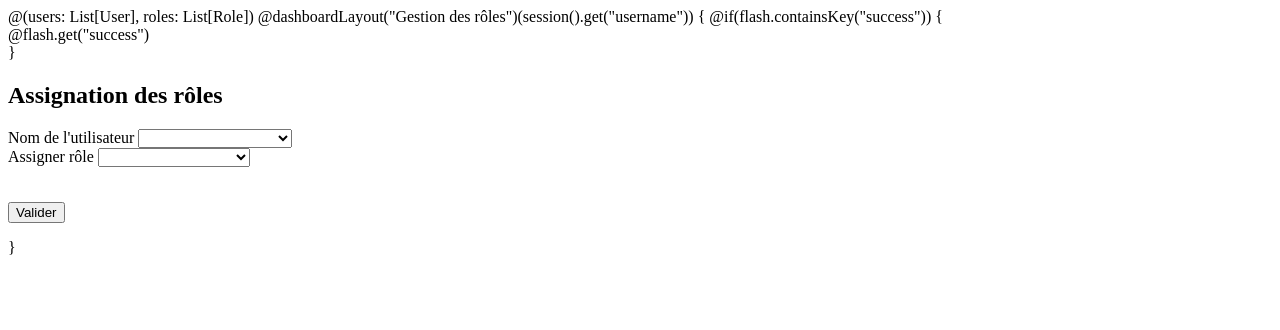
Repository: spirale-software/labo_master
Page: Application/oneDotCom/app/views/manageRole.scala.html
An editor plug-in stored every save of this project. The page is shown before and after the next save, followed by the edit.
The browser window is 1280 px wide. The pictures show the whole page.

Above is the page before, as saved 2017-04-14 22:48:04.

After the next save:
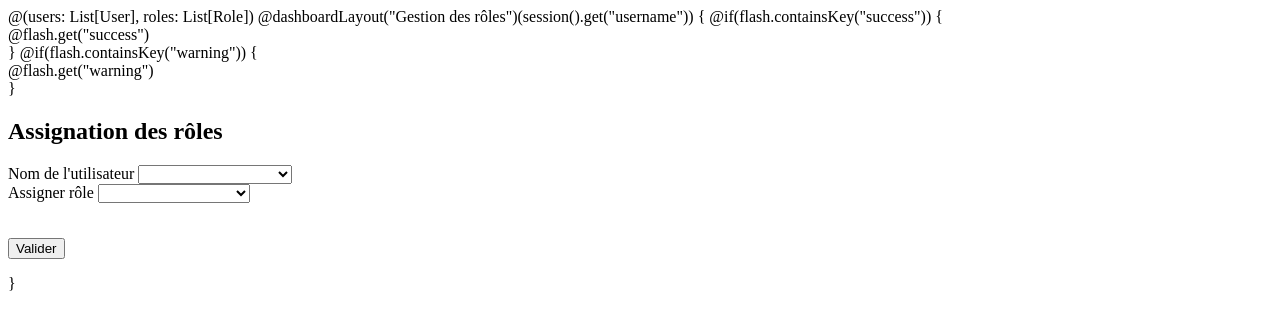
Saved 3 min 14 s later.
--- a/Application/oneDotCom/app/views/manageRole.scala.html
+++ b/Application/oneDotCom/app/views/manageRole.scala.html
@@ -5,6 +5,9 @@
 
 	@if(flash.containsKey("success")) {
 		<div class="alert alert-success" role="alert"> @flash.get("success") </div>
+	}
+	@if(flash.containsKey("warning")) {
+		<div class="alert alert-success" role="alert"> @flash.get("warning") </div>
 	}
 	<h2 class="page-header">Assignation des rôles</h2>
 	<form name="manageRole" action="@routes.ManageUserController.roleAction" method="post">
